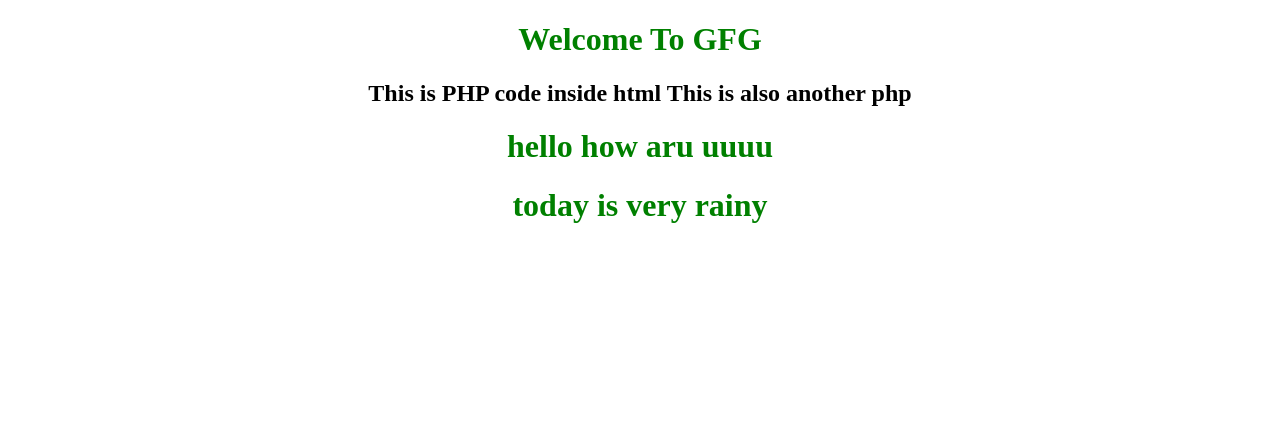
Repository: aashlinrajan/PHPprojectGH
Page: http://localhost/example1.php
An editor plug-in stored every save of this project. The page is shown before and after a run of saves, followed by the edit.
The browser window is 1280 px wide. The pictures show the whole page.
The page is run by PHP 8.4 with error messages shown; the project is at /var/www/html/.

Above is the page before, as saved 2022-12-14 11:06:53.

After the next 2 saves:
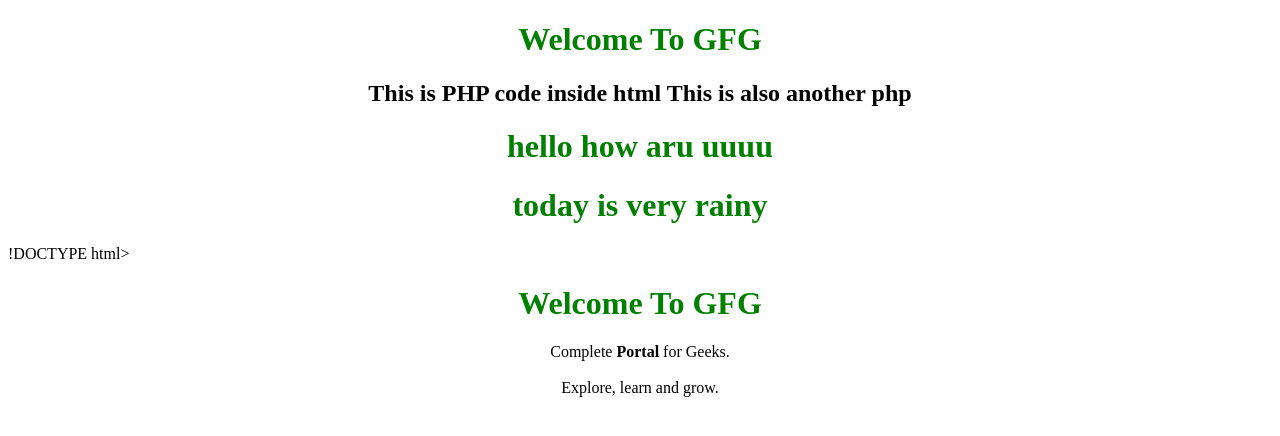
The 2 saves are shown as one change because they came seconds apart.
The last was saved 3 min 38 s later.
--- a/example1.php
+++ b/example1.php
@@ -25,3 +25,31 @@
 </body>
 
 </html>
+!DOCTYPE html>
+<html>
+
+<head>
+    <style>
+        h1 {
+            color: green;
+        }
+    </style>
+</head>
+
+<body>
+    <center>
+        <h1>Welcome To GFG</h1>
+
+        <p>
+<?php
+echo "Complete <strong>Portal</strong> for Geeks."
+?>
+        <br><br>
+        <?php
+        echo 'Explore, learn and grow.'
+        ?>
+        </p>
+    </center>
+</body>
+
+</html>
